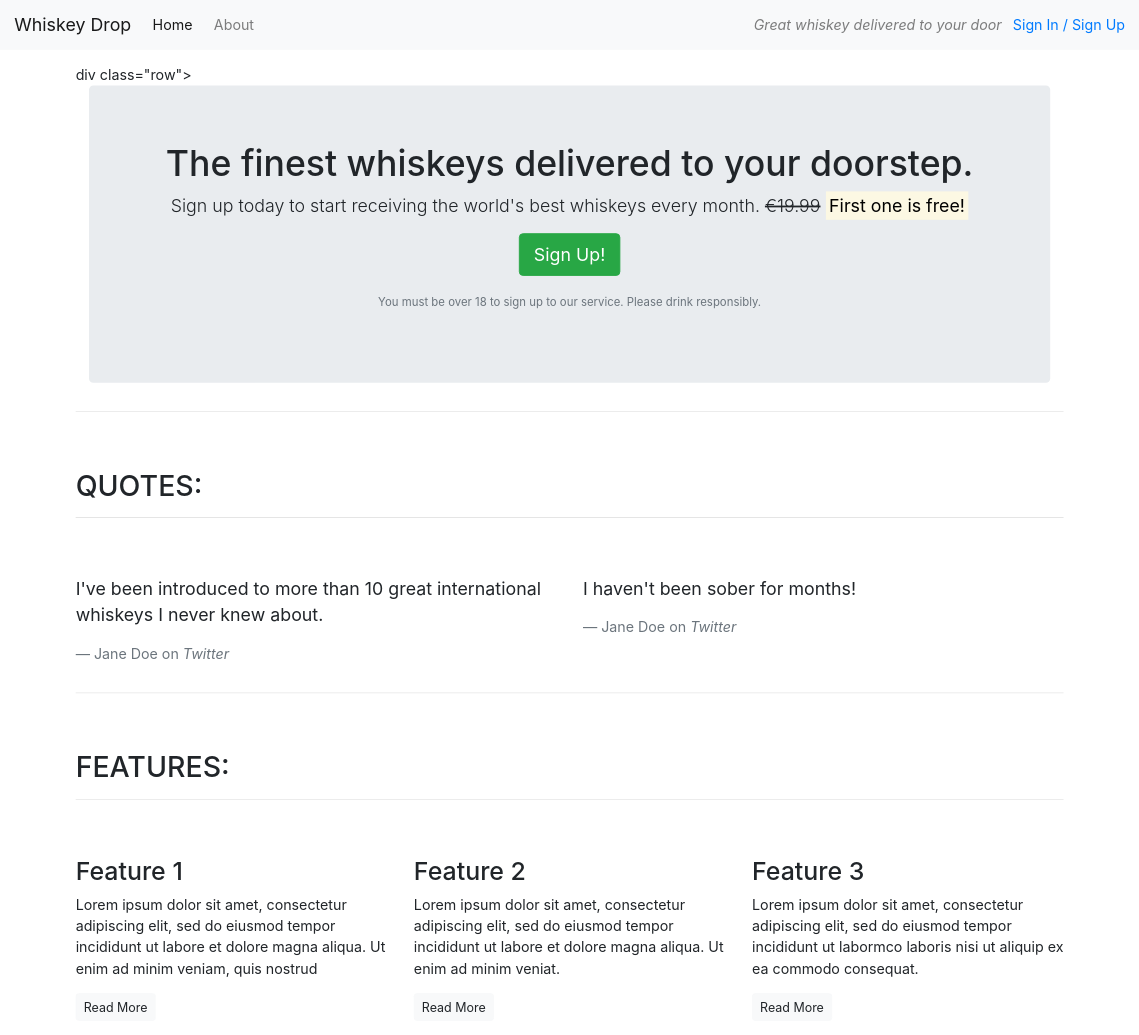
Repository: davidjbuchanan/MS1-Martina-Zampa
Page: dummy.html
The author's editor kept a record of every edit. The page is drawn from the files as they stood at one moment, then again after the next edit.
The browser window is 1280 px wide. The pictures show the whole page, at 89% of full size.

Above is the page before.

After the next edit:
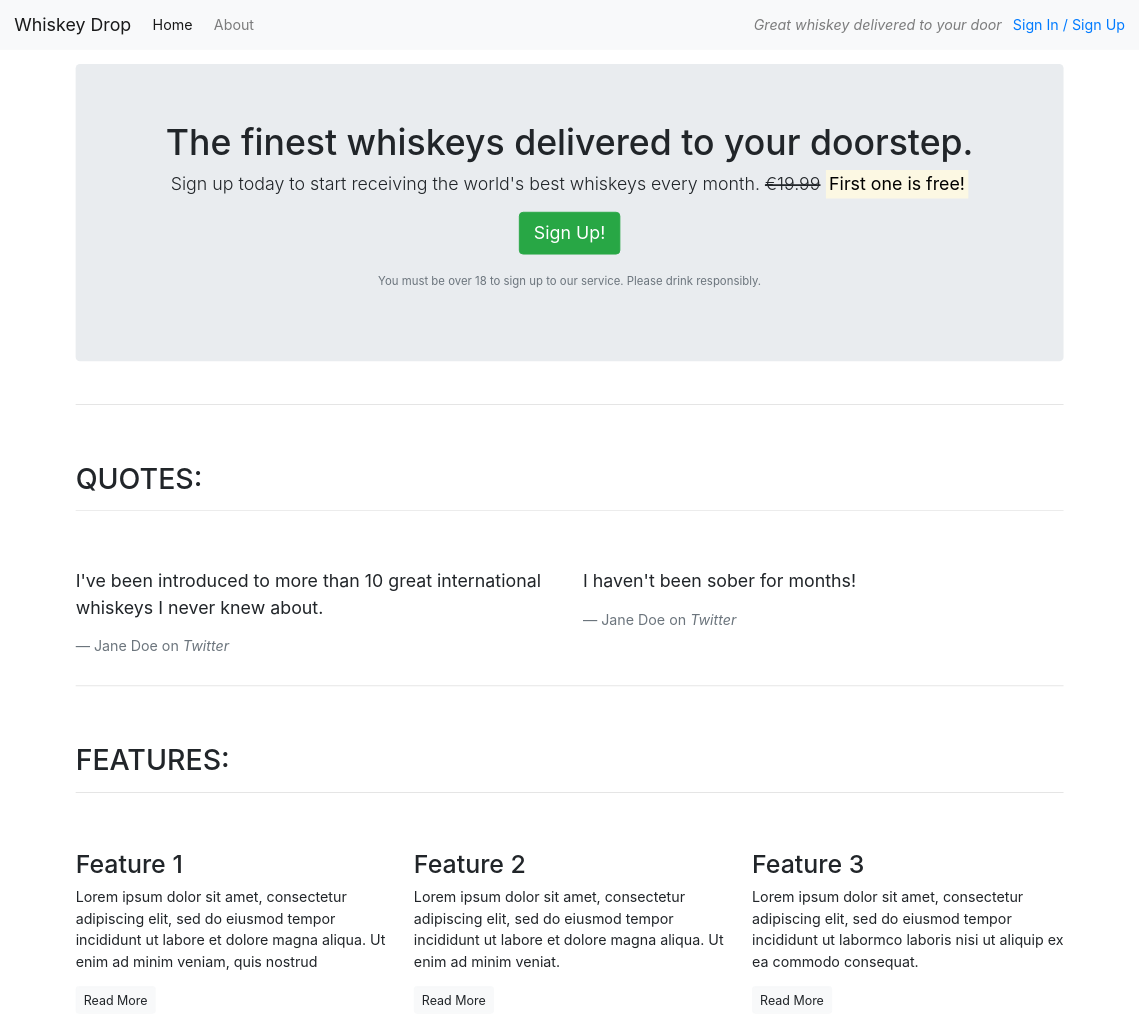
The edit:
--- a/dummy.html
+++ b/dummy.html
@@ -24,7 +24,7 @@
       </nav>
       <article class="container mt-3">
       <!-- Callout -->
-         div class="row">
+         <div class="row">
             <div class="col-12">
                 <section class="callout jumbotron text-center">
                     <h1>The finest whiskeys delivered to your doorstep.</h1>
